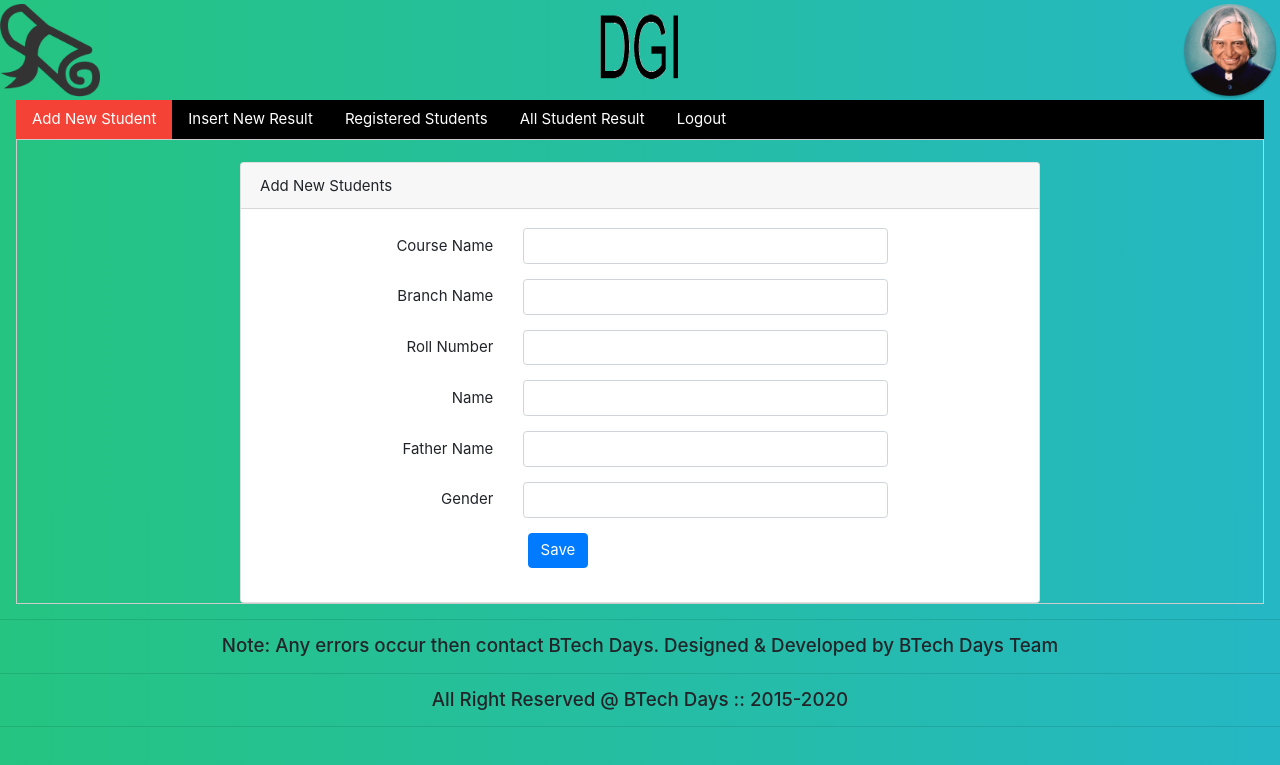
Repository: Aakashkushwah121/SRMS.github.io
Page: http://localhost/Student_Result_Mangement_System/adminHome.jsp
The author's editor kept a copy of each file at every save. The page is drawn from the files as they stood at one save, then again after the next save.
The browser window is 1280 px wide. The pictures show the whole page.
Some web fonts or font styles are not loaded; a fallback is used. Some web libraries are served in a nearby version. The page is served by Tomcat 9. Queries for data that is not in the repository find no rows.

Above is the page before, as saved 2023-07-05 08:20:29.
Console error: TypeError: Cannot read properties of undefined (reading 'fn')

### Student_Result_Mangement_System/WebContent/adminHome.jsp
<%@include file="header.html"%>
<!DOCTYPE html>
<html>
<title>TSEC</title>
<body>
<img src="logo.png"  align="left"width="100" height="100">
<center><img src="dgi.png" width="100" height="100">
<img src="apj sir.png" align="right"  width="100" height="100"></center>
<div class="w3-container">
  <div class="w3-bar w3-black">
    <button class="w3-bar-item w3-button tablink w3-red" onclick="openCity(event,'London')">Add New Student</button>
    <button class="w3-bar-item w3-button tablink" onclick="openCity(event,'Paris')">Insert New Result</button>
    <button class="w3-bar-item w3-button tablink" onclick="openCity(event,'Tokyo')">Registered Students</button>
     <button class="w3-bar-item w3-button tablink" onclick="openCity(event,'Tokyo1')">All Student Result</button>
     <a href="adminLogin.html" class="w3-bar-item w3-button tablink">Logout</a>
  </div>

  <div id="London" class="w3-container w3-border city">
  <br>
   <link href="//maxcdn.bootstrapcdn.com/bootstrap/4.1.1/css/bootstrap.min.css" rel="stylesheet" id="bootstrap-css">
<script src="//maxcdn.bootstrapcdn.com/bootstrap/4.1.1/js/bootstrap.min.js"></script>
<script src="//cdnjs.cloudflare.com/ajax/libs/jquery/3.2.1/jquery.min.js"></script>
<!------ Include the above in your HEAD tag ---------->

<!doctype html>
<html lang="en">
<head>
    <!-- Required meta tags -->
    <meta charset="utf-8">
    <meta name="viewport" content="width=device-width, initial-scale=1, shrink-to-fit=no">

    <!-- Fonts -->
    <link rel="dns-prefetch" href="https://fonts.gstatic.com">
    <link href="https://fonts.googleapis.com/css?family=Raleway:300,400,600" rel="stylesheet" type="text/css">



    <link rel="icon" href="Favicon.png">

    <!-- Bootstrap CSS -->
    <link rel="stylesheet" href="https://stackpath.bootstrapcdn.com/bootstrap/4.1.3/css/bootstrap.min.css">
</head>
<body>
<main class="my-form">
    <div class="cotainer">
        <div class="row justify-content-center">
            <div class="col-md-8">
                    <div class="card">
                        <div class="card-header">Add New Students</div>
                        <div class="card-body">
                            <form name="my-form" onsubmit="return validform()" action="success1.jsp" method="post">
                                <div class="form-group row">
                                    <label for="full_name" class="col-md-4 col-form-label text-md-right">Course Name</label>
                                    <div class="col-md-6">
                                        <input type="text"  class="form-control" name="cource">
                                    </div>
                                </div>

                                <div class="form-group row">
                                    <label for="email_address" class="col-md-4 col-form-label text-md-right">Branch Name</label>
                                    <div class="col-md-6">
                                        <input type="text"  class="form-control" name="branch">
                                    </div>
                                </div>

                                <div class="form-group row">
                                    <label for="user_name" class="col-md-4 col-form-label text-md-right">Roll Number</label>
                                    <div class="col-md-6">
                                        <input type="text" class="form-control" name="rollNo">
                                    </div>
                                </div>

                                <div class="form-group row">
                                    <label for="phone_number" class="col-md-4 col-form-label text-md-right">Name</label>
                                    <div class="col-md-6">
                                        <input type="text"  class="form-control" name="name">
                                    </div>
                                </div>

                                <div class="form-group row">
                                    <label for="present_address" class="col-md-4 col-form-label text-md-right">Father Name</label>
                                    <div class="col-md-6">
                                        <input type="text"  class="form-control" name="fatherName">
                                    </div>
                                </div>

                                <div class="form-group row">
                                    <label for="permanent_address" class="col-md-4 col-form-label text-md-right">Gender</label>
                                    <div class="col-md-6">
                                        <input type="text" class="form-control" name="gender">
                                    </div>
                                </div>

                                    <div class="col-md-6 offset-md-4">
                                        <button type="submit" class="btn btn-primary">
                                        Save
                                        </button>
                                    </div>
                                </div>
                            </form>
                        </div>
                    </div>
            </div>
        </div>
    </div>
</main>

<script src="https://code.jquery.com/jquery-3.3.1.slim.min.js"></script>
<script src="https://cdnjs.cloudflare.com/ajax/libs/popper.js/1.14.3/umd/popper.min.js"></script>
<script src="https://stackpath.bootstrapcdn.com/bootstrap/4.1.3/js/bootstrap.min.js"></script>
</body>
  </div>

  <div id="Paris" class="w3-container w3-border city" style="display:none">
  <br>
  <link href="//maxcdn.bootstrapcdn.com/bootstrap/4.1.1/css/bootstrap.min.css" rel="stylesheet" id="bootstrap-css">
<script src="//maxcdn.bootstrapcdn.com/bootstrap/4.1.1/js/bootstrap.min.js"></script>
<script src="//cdnjs.cloudflare.com/ajax/libs/jquery/3.2.1/jquery.min.js"></script>
<!------ Include the above in your HEAD tag ---------->

<!doctype html>
<html lang="en">
<head>
    <!-- Required meta tags -->
    <meta charset="utf-8">
    <meta name="viewport" content="width=device-width, initial-scale=1, shrink-to-fit=no">

    <!-- Fonts -->
    <link rel="dns-prefetch" href="https://fonts.gstatic.com">
    <link href="https://fonts.googleapis.com/css?family=Raleway:300,400,600" rel="stylesheet" type="text/css">



    <link rel="icon" href="Favicon.png">

    <!-- Bootstrap CSS -->
    <link rel="stylesheet" href="https://stackpath.bootstrapcdn.com/bootstrap/4.1.3/css/bootstrap.min.css">

</head>
<body>



<main class="my-form">
    <div class="cotainer">
        <div class="row justify-content-center">
            <div class="col-md-8">
                    <div class="card">
                        <div class="card-header">Insert New Result</div>
                        <div class="card-body">
                            <form name="my-form" onsubmit="return validform()" action="insertNewResult.jsp" method="">
                                <div class="form-group row">
                                    <label for="full_name" class="col-md-4 col-form-label text-md-right">Roll Number</label>
                                    <div class="col-md-6">
                                        <input type="text"class="form-control" name="rollNo">
                                    </div>
                                </div>

                                <div class="form-group row">
                                    <label for="email_address" class="col-md-4 col-form-label text-md-right">Engg. Physics-I</label>
                                    <div class="col-md-6">
                                        <input type="text"  class="form-control" name="s1">
                                    </div>
                                </div>

                                <div class="form-group row">
                                    <label for="user_name" class="col-md-4 col-form-label text-md-right">Engg. Chemistry</label>
                                    <div class="col-md-6">
                                        <input type="text"  class="form-control" name="s2">
                                    </div>
                                </div>

                                <div class="form-group row">
                                    <label for="phone_number" class="col-md-4 col-form-label text-md-right">Engg. Mathematics-I</label>
                                    <div class="col-md-6">
                                        <input type="text"  class="form-control" name="s3">
                                    </div>
                                </div>

                                <div class="form-group row">
                                    <label for="present_address" class="col-md-4 col-form-label text-md-right">Basic Electrical Engg</label>
                                    <div class="col-md-6">
                                        <input type="text"  class="form-control" name="s4">
                                    </div>
                                </div>

                                <div class="form-group row">
                                    <label for="permanent_address" class="col-md-4 col-form-label text-md-right">Electronic Engg.</label>
                                    <div class="col-md-6">
                                        <input type="text"  class="form-control" name="s5">
                                    </div>
                                </div>

                                 <div class="form-group row">
                                    <label for="permanent_address" class="col-md-4 col-form-label text-md-right">Engg. Chemistry Lab</label>
                                    <div class="col-md-6">
                                        <input type="text"  class="form-control" name="s6">
                                    </div>
                                </div>

                                 <div class="form-group row">
                                    <label for="permanent_address" class="col-md-4 col-form-label text-md-right">Engg. Physics Lab</label>
                                    <div class="col-md-6">
                                        <input type="text" class="form-control" name="s7">
                                    </div>
                                </div>

                                    <div class="col-md-6 offset-md-4">
                                        <button type="submit" class="btn btn-primary">
                                       Save
                                        </button>
                                    </div>
                                </div>
                            </form>
                        </div>
                    </div>
            </div>
        </div>
        <br>
    </div>

</main>

<script src="https://code.jquery.com/jquery-3.3.1.slim.min.js"></script>
<script src="https://cdnjs.cloudflare.com/ajax/libs/popper.js/1.14.3/umd/popper.min.js"></script>
<script src="https://stackpath.bootstrapcdn.com/bootstrap/4.1.3/js/bootstrap.min.js"></script>
</body>
</html>
  </div>

  <div id="Tokyo" class="w3-container w3-border city" style="display:none">

<section>
  <!--for demo wrap-->
  <div class="tbl-header">
    <table cellpadding="0" cellspacing="0" border="0">
      <thead>
        <tr>
         <th>Course Name</th>
          <th>Branch Name</th>
          <th>Roll Number</th>
          <th>Name</th>
          <th>Father Name</th>
          <th>Gender</th>
        </tr>
      </thead>
    </table>
  </div>
  <div class="tbl-content">
    <table cellpadding="0" cellspacing="0" border="0">
      <tbody>


      <%@page import="java.sql.*" %>
      <%@page import="com.project.ConnectionProvider" %>
      <%
      try
      {
      	Connection con=ConnectionProvider.getCon();
     	Statement st=con.createStatement();
     	ResultSet rs=st.executeQuery("select * from student");
     	while(rs.next())
     	{

      %>

        <tr>
          <td><%=rs.getString(1) %></td>
          <td><%=rs.getString(2) %></td>
          <td><%=rs.getString(3) %></td>
          <td><%=rs.getString(4) %></td>
          <td><%=rs.getString(5) %></td>
          <td><%=rs.getString(6) %></td>
        </tr>
      </tbody>

      <%}}
      catch(Exception e)
      {
    	  //out.println(e);
      }

      %>

    </table>
  </div>
</section>
</div>
<div id="Tokyo1" class="w3-container w3-border city" style="display:none">

<section>
  <!--for demo wrap-->
  <div class="tbl-header">
    <table cellpadding="0" cellspacing="0" border="0">
      <thead>
        <tr>
          <th>Roll Number</th>
          <th>Engg. Physics-I</th>
          <th>Engg. Chemistry</th>
          <th>Engg. Mathematics-I</th>
          <th>Basic Electrical Engg</th>
          <th>Electronic Engg.</th>
          <th>Engg. Chemistry Lab</th>
          <th>Engg. Physics Lab</th>
        </tr>
      </thead>
    </table>
  </div>
  <div class="tbl-content">
    <table cellpadding="0" cellspacing="0" border="0">
      <tbody>
      <%@page import="java.sql.*" %>
      <%@page import="java.sql.*" %>

      <%
      try
      {
      	Connection con=ConnectionProvider.getCon();
      	Statement st=con.createStatement();
      	ResultSet rs=st.executeQuery("select * from result ");
      	while(rs.next())
      	{

      %>
        <tr>
          <td><%=rs.getString(1) %></td>
          <td><%=rs.getString(2) %></td>
          <td><%=rs.getString(3) %></td>
          <td><%=rs.getString(4) %></td>
          <td><%=rs.getString(5) %></td>
          <td><%=rs.getString(6) %></td>
          <td><%=rs.getString(7) %></td>
          <td><%=rs.getString(8) %></td>
        </tr>
      </tbody>
      <%}}

      catch(Exception e)
      {}
      %>
    </table>
  </div>
</section>

</div>
    <hr class="new1">
  <center><h5>Note: Any errors occur then contact BTech Days.
Designed & Developed by BTech Days Team</h5></center>
  <hr class="new1">
<center><h5>All Right Reserved @ BTech Days :: 2015-2020</h5></center>
  <hr class="new1">
<br>
</body>
</html>

### Student_Result_Mangement_System/src/com/project/ConnectionProvider.java
package com.project;

import java.sql.Connection;
import java.sql.DriverManager;

public class ConnectionProvider {

	public static Connection getCon()
	{
		try
		{
			Class.forName("com.mysql.jdbc.Driver");
//			Connection con=DriverManager.getConnection("jdbc:mysql://localhost:3306/srms?characterEncoding=latin1","root","rahul");
			Connection con=DriverManager.getConnection("jdbc:mysql://localhost:3306/srms?characterEncoding=latin1","root","rahul");
			return con;
		}
		catch(Exception e)
		{
			System.out.println(e);
			return null;
		}
	}


}

Loaded but not shown: Student_Result_Mangement_System/WebContent/header.html (355 lines, source omitted)

After the next save:
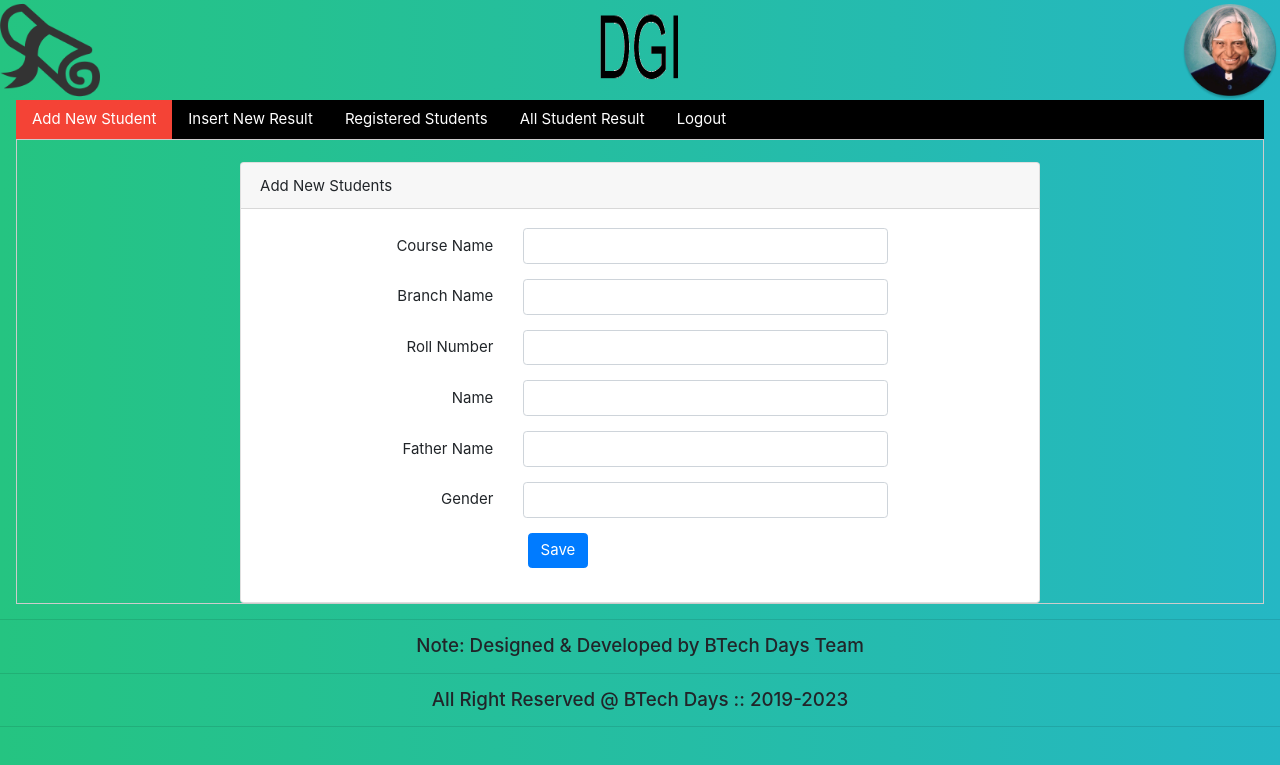
Saved 2 min 58 s later.
--- a/Student_Result_Mangement_System/WebContent/adminHome.jsp
+++ b/Student_Result_Mangement_System/WebContent/adminHome.jsp
@@ -344,10 +344,9 @@
 
 </div>
     <hr class="new1">
-  <center><h5>Note: Any errors occur then contact BTech Days.
-Designed & Developed by BTech Days Team</h5></center>
+  <center><h5>Note: Designed & Developed by BTech Days Team</h5></center>
   <hr class="new1">
-<center><h5>All Right Reserved @ BTech Days :: 2015-2020</h5></center>
+<center><h5>All Right Reserved @ BTech Days :: 2019-2023</h5></center>
   <hr class="new1">
 <br>
 </body>
